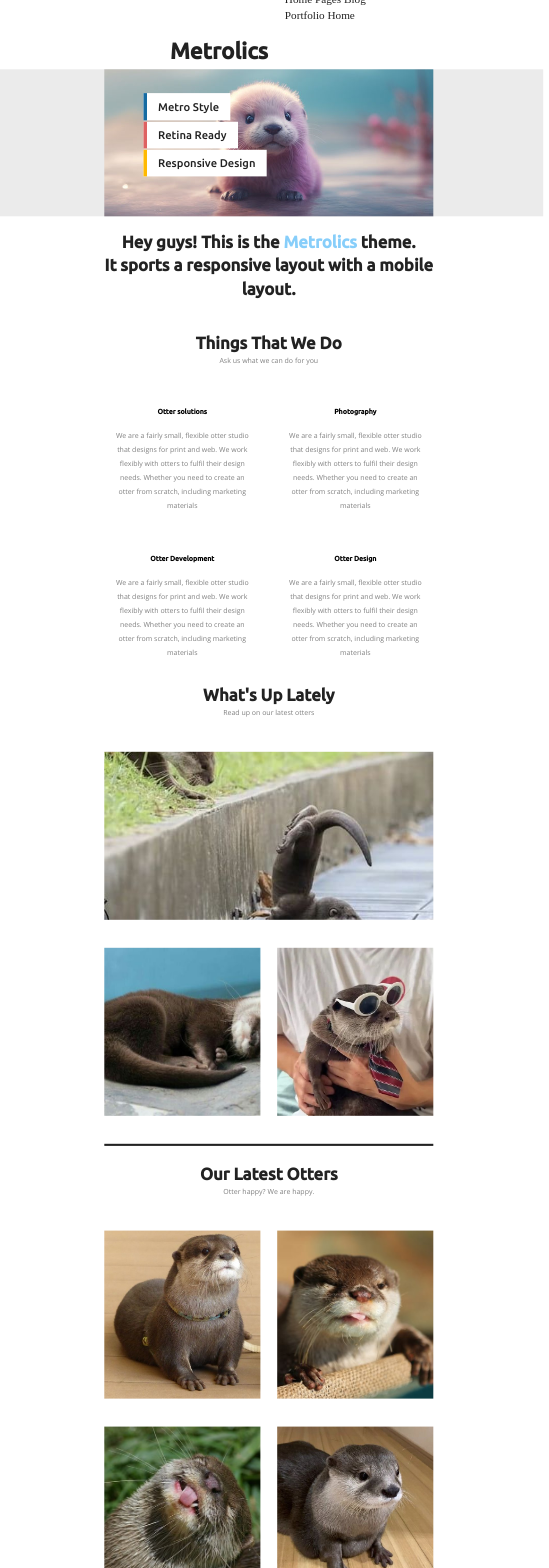
Repository: kennyharman/Marlowe_Kenny_Lab_02B
Page: index.html
An editor plug-in stored every save of this project. The page is shown before and after the next save, followed by the edit.
The browser window is 768 px wide. The page is 784 px wide, so the pictures cover 784 px, including what lies to the right of the window. The pictures show the part of the page from y = 0 to 2240 px (the page is 4046 px tall), at 70% of full size.

Above is the page before, as saved 2024-02-09 18:31:11.

After the next save:
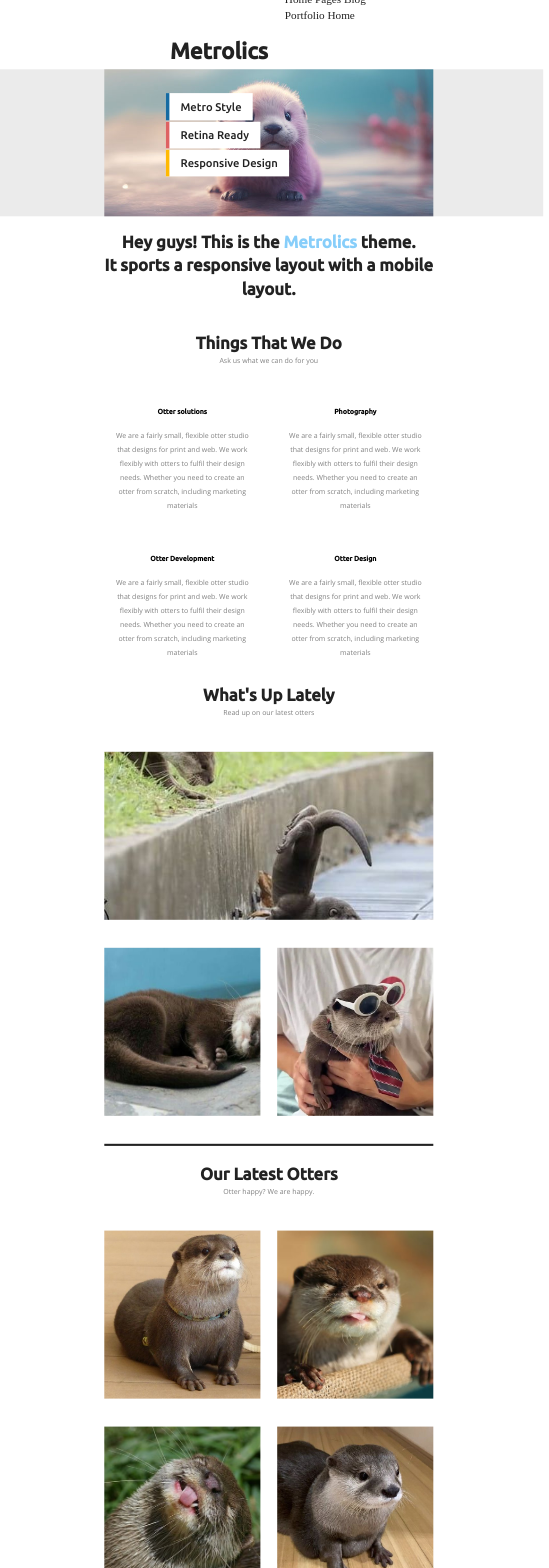
Saved 6 s later.
--- a/css/style.css
+++ b/css/style.css
@@ -674,7 +674,7 @@ p {
   }
   .listed-items {
     top: 1rem;
-    left: 1rem;
+    left: 3rem;
   }
 }
 
